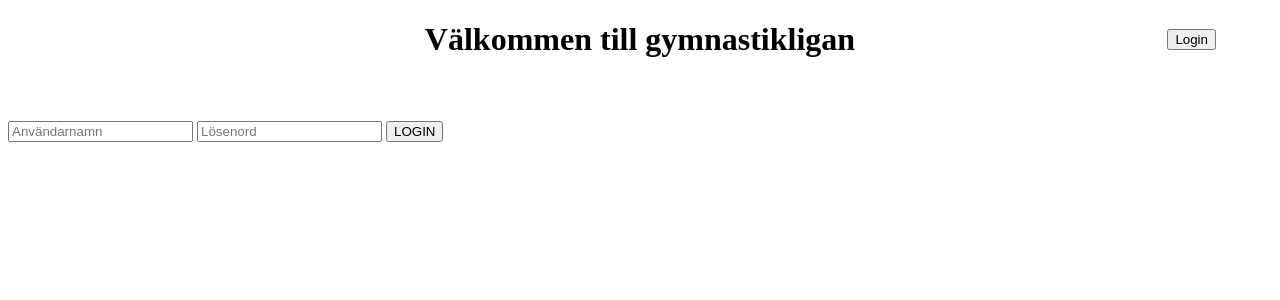
Repository: js223kz/1DV404_HT14_E4_4_JS223KZ
Page: index.html
The author's editor kept a record of every edit. The page is drawn from the files as they stood at one moment, then again after the next edit.
The browser window is 1280 px wide. The pictures show the whole page.
Some web fonts or font styles are not loaded; a fallback is used.

Above is the page before.

### index.html
<!DOCTYPE html>
<html>
    <head>
        <meta charset="UTF-8">
        <title>Iterativ - Laboration 4 - Projektet</title>
        <link rel="stylesheet" href="css/main.css">
        <link href='https://fonts.googleapis.com/css?family=Princess+Sofia' rel='stylesheet' type='text/css'>
    </head>
    <body>
        <header id="indexheader">
            <h1 id="headertext">Välkommen till gymnastikligan</h1>
            <button id="loginbutton">Login</button>
        </header>
        <form id="loginform">
            <input type="text" name="username" id="username" placeholder="Användarnamn"/>
            <input type="text" name="pwd" id="pwd" placeholder="Lösenord"/>
            <input type="submit" value="LOGIN" id="loginbutton/>
        </form>
        <script src="js/LoginWindow.js"></script>
        <script src="js/StartWindow.js"></script>
    </body>
</html>

### css/main.css
#indexheader{
    width: 100%;
    height: 100px;
}
#headertext{
    width: 50%;
    position: relative;
    margin-left: auto;
    margin-right: auto;
    text-align: center;
}
#loginbutton{
    position:absolute;
    right: 5%;
    top: 4%;
    float: left;
}
#loginwrapper{
   width: 300px;
   height: 300px;
   border: 1px solid #000;
   margin-right: auto;
   margin-left: auto;
}
#adduserform{
    width: 300px;
    height: auto;
    float: left;
}
#adduserbutton{
    position:absolute;
    right: 5%;
    top: 6%;
}
.adduserinput{
    width: 250px;
    margin-top: 10px;
}
.adduserradio{
    margin-top: 10px;
}
#sidebar{
    min-width: 300px;
    min-height: 600px;
    border-left: 1px solid #000;
    float: left;
    margin-left: 100px;
}
#sidebarheadline{
    text-align: center;
}
#userlist{
    width: 90%;
    margin-right: auto;
    margin-left: auto;
}

.previewusercontainer{
    width: 300px;
    height: 50px;
    border: 1px solid #000;

}

### js/StartWindow.js
"use strict";
var JOSZEP = JOSZEP || {};
JOSZEP.StartWindow = JOSZEP.StartWindow || {

    start : function (){
        console.log("start");
        var login = document.getElementById("loginbutton");

            login.addEventListener("click", function(e){
                var he = new JOSZEP.LoginWindow();
                console.log("hello");

            });

    }
};
window.onload = JOSZEP.StartWindow.start;

### js/UserAdmin.js
"use strict";

var JOSZEP = JOSZEP || {};
JOSZEP.UserAdmin = function (){


    var body = document.querySelector("body");
    var addUserBtn = document.createElement("button");
    addUserBtn.id = "adduserbutton";
    addUserBtn.innerHTML = "Lägg till användare";
    body.appendChild(addUserBtn);

    addUserBtn.addEventListener("click", function(e){
       location.href='adduser.html'
       console.log("You´ve pressed add user button");
    });

};

### js/Login.js
"use strict";

var JOSZEP = JOSZEP || {};
JOSZEP.Login = function (username, pwd){
    console.log("Sending logininformation");

    //Temporary object to test validation of userlogin
    var user = {
        username:"joszep",
        pwd:"szepanski1",
        authority: "administrator",
    };
    var validatedPwd = false;
    var validatedUserName = false;

    this.getUserName = function(){
        return username;
    };
    this.getPwd = function(){
        return pwd;
    };
    this.setUserName = function(_username){
        if(username === user.username){
             username = _username;
             validatedUserName = true;
        }else if(username === ""){
            alert("Fältet för användarnamn kan inte vara tomt");
        }else{
            alert("Användarnamnet är fel");
        }
    };
    this.setPwd = function(_pwd){
        if(pwd === user.pwd){
             pwd = _pwd;
             validatedPwd = true;
        }else if(pwd === ""){
            alert("Fältet för lösenord kan inte vara tomt");
        }else{
            alert("Lösenordet är fel");
        }

    };

    this.setUserName(username);
    this.setPwd(pwd);

    if(validatedPwd === true && validatedUserName ===true){
        var loginWindow = document.getElementById("loginwrapper");
            loginWindow.style.visibility = "hidden";

        loginwrapper
        if(user.authority === "administrator"){
            console.log("You´re viewing this page as Admin");
            var admin = new JOSZEP.UserAdmin();
        }
    }
};

### js/LoginWindow.js
var JOSZEP = JOSZEP || {};
JOSZEP.LoginWindow = function (){

    var body = document.querySelector("body");
    var wrapper = document.createElement("div");
    wrapper.id = "loginwrapper";
    body.appendChild(wrapper);

    var userName = document.createElement("input");
    userName.type = "text";
    userName.id = "username";
    userName.placeholder = "Användarnamn";
    userName.name = "username";
    wrapper.appendChild(userName);

    var pwd = document.createElement("input");
    pwd.type = "text";
    pwd.id = "pwd";
    pwd.placeholder = "Lösenord";
    pwd.name = "username";
    wrapper.appendChild(pwd);

    var submitBtn = document.createElement("input");
    submitBtn.type = "submit";
    submitBtn.id = "submitBtn";
    submitBtn.Value = "OK";
    wrapper.appendChild(submitBtn);

    submitBtn.addEventListener("click", function(e){
        var sendLogin = new JOSZEP.Login("ok");
    });


};

After the next edit:
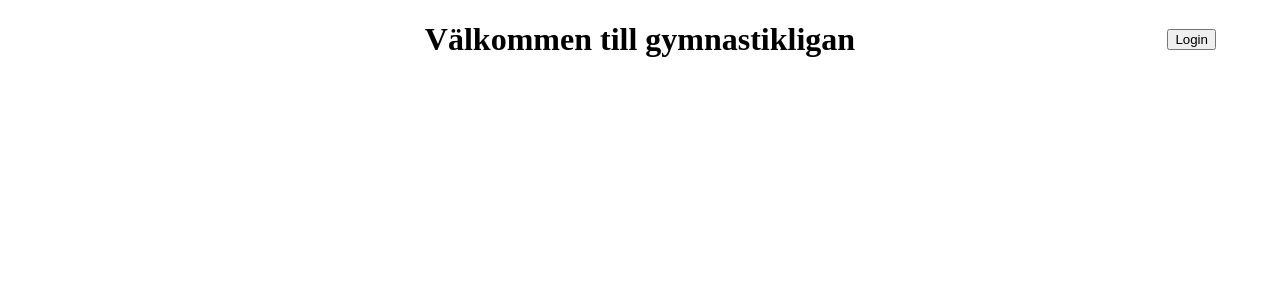
The edit:
--- a/index.html
+++ b/index.html
@@ -11,11 +11,8 @@
             <h1 id="headertext">Välkommen till gymnastikligan</h1>
             <button id="loginbutton">Login</button>
         </header>
-        <form id="loginform">
-            <input type="text" name="username" id="username" placeholder="Användarnamn"/>
-            <input type="text" name="pwd" id="pwd" placeholder="Lösenord"/>
-            <input type="submit" value="LOGIN" id="loginbutton/>
-        </form>
+        <script src="js/UserAdmin.js"></script>
+        <script src="js/Login.js"></script>
         <script src="js/LoginWindow.js"></script>
         <script src="js/StartWindow.js"></script>
     </body>
